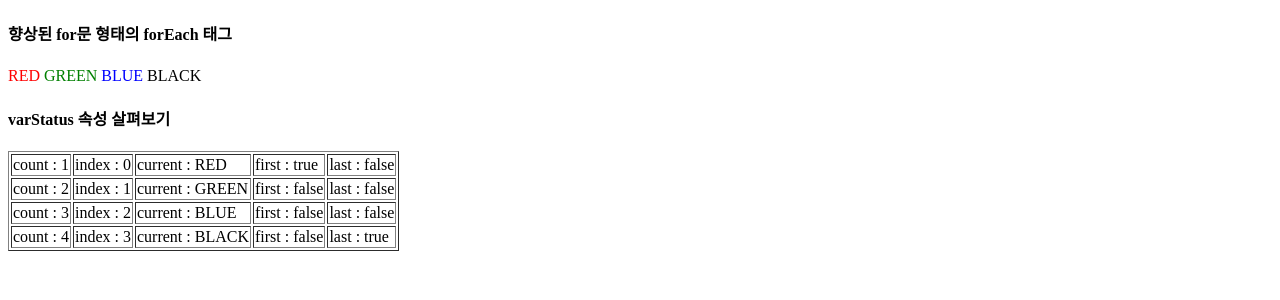
Repository: Jadedvst/Java_JSP-Servlet
Page: http://localhost/MustHaveJSP/11JSTL/core/ForTokens.jsp
These files come from the project's save history. The page is drawn as it stood at one moment and after the next save; the edit follows.
The browser window is 1280 px wide. The pictures show the whole page.
The page is served by Tomcat 10.

Above is the page before, as saved 2023-12-19 03:10:47.

After the next save:
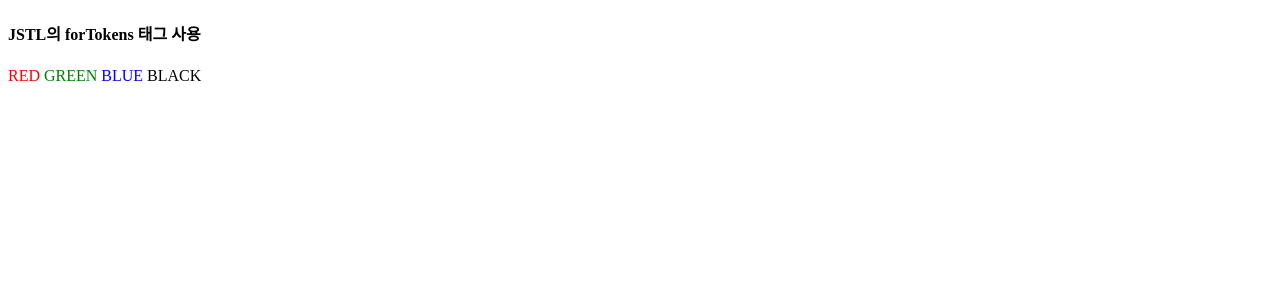
Saved 19 min 18 s later.
--- a/MustHaveJSP/src/main/webapp/11JSTL/core/ForTokens.jsp
+++ b/MustHaveJSP/src/main/webapp/11JSTL/core/ForTokens.jsp
@@ -5,28 +5,15 @@
 <html>
 <head>
 <meta charset="UTF-8">
-<title>JSTL - forEach 1</title>
+<title>JSTL - forTokens</title>
 </head>
 <body>
-	<h4>향상된 for문 형태의 forEach 태그</h4>
 	<%
-	String[] rgba = {"RED","GREEN","BLUE","BLACK"};
+	String rgba = "RED,GREEN,BLUE,BLACK";
 	%>
-	<c:forEach items="<%=rgba %>" var="c">
-		<span style="color: ${ c };"> ${ c } </span>
-	</c:forEach>
-
-	<h4>varStatus 속성 살펴보기</h4>
-	<table border="1">
-	<c:forEach items="<%=rgba %>" var="c" varStatus="loop">
-		<tr>
-			<td>count : ${ loop.count }</td>
-			<td>index : ${ loop.index }</td>
-			<td>current : ${ loop.current }</td>
-			<td>first : ${ loop.first }</td>
-			<td>last : ${ loop.last }</td>
-		</tr>
-	</c:forEach>
-	</table>
+	<h4>JSTL의 forTokens 태그 사용</h4>
+	<c:forTokens items="<%=rgba %>" delims="," var="color">
+		<span style="color: ${ color };"> ${ color } </span>
+	</c:forTokens>
 </body>
 </html>
